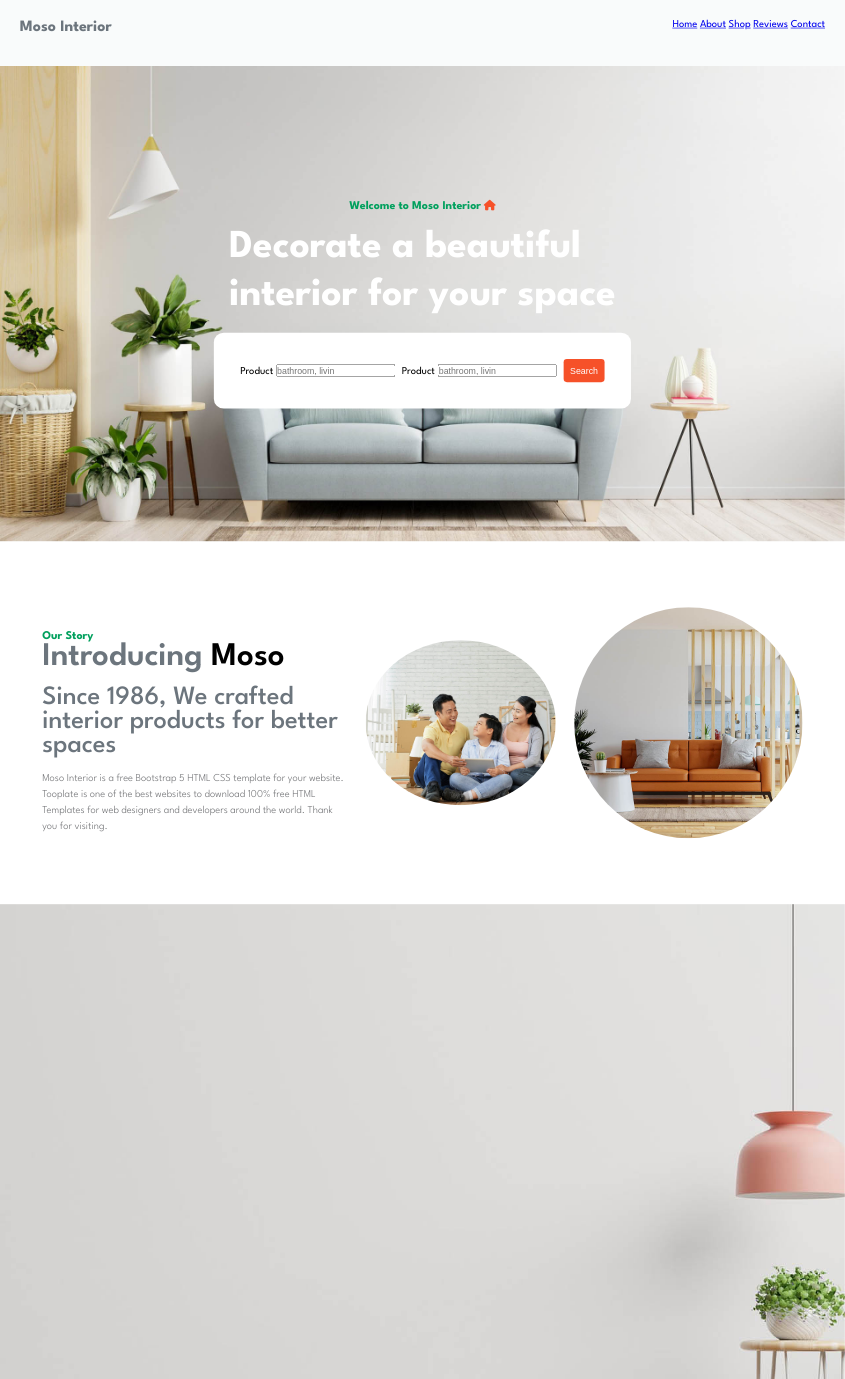
Repository: mariamnabil23/furniture
Page: index.html
An editor plug-in stored every save of this project. The page is shown before and after a run of saves, followed by the edit.
The browser window is 1280 px wide. The pictures show the whole page, at 66% of full size.
Some web fonts or font styles are not loaded; a fallback is used.

Above is the page before, as saved 2024-10-30 16:42:06.

After the next 2 saves:
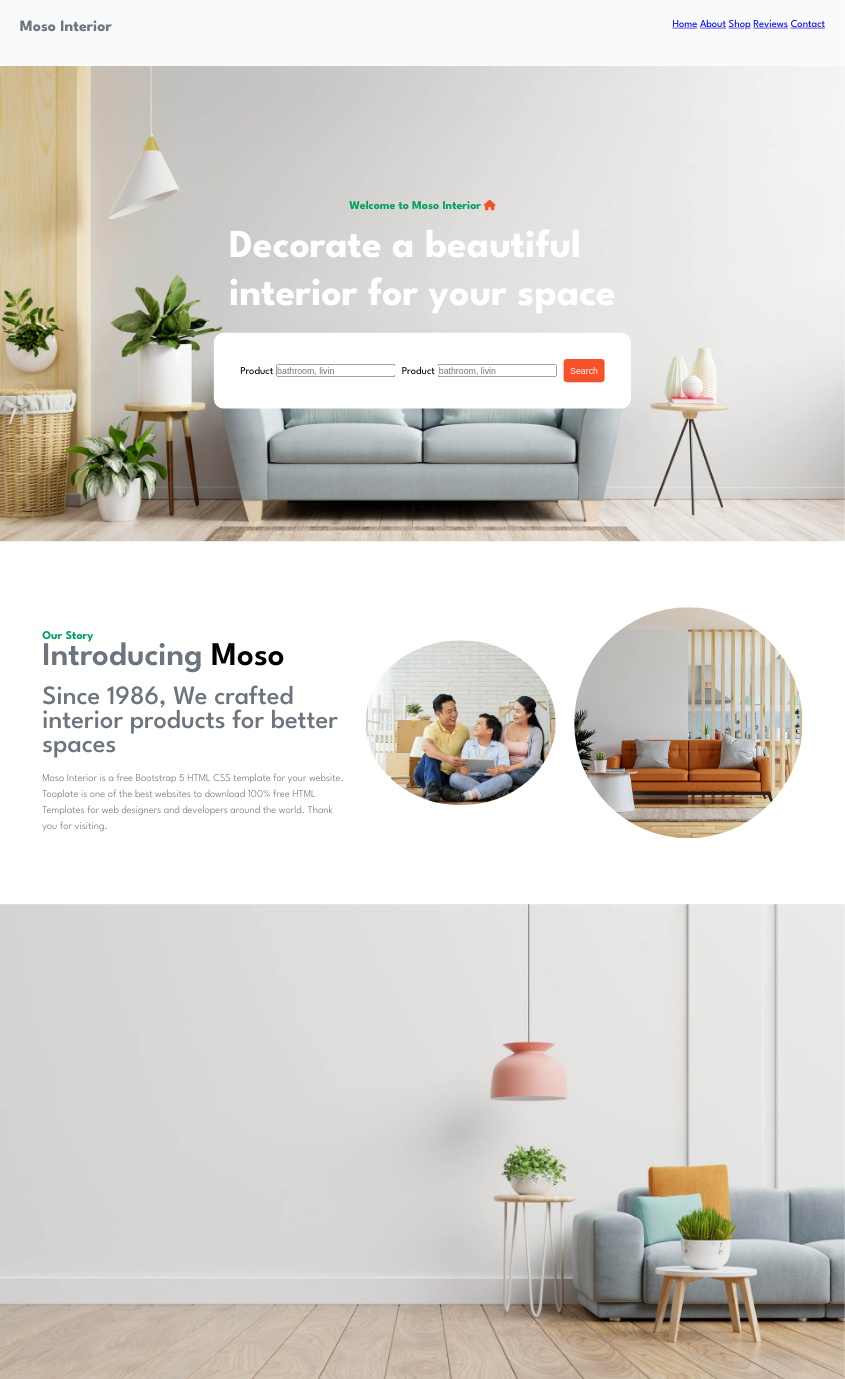
The 2 saves are shown as one change because they came seconds apart.
The last was saved 11 s later.
--- a/style.css
+++ b/style.css
@@ -156,6 +156,6 @@ ul{
     width: 100%;
     height: 100vh;
     background-image: url('/images/open-bg.jpg');
-    ba
+    background-size: cover;
 
 }
